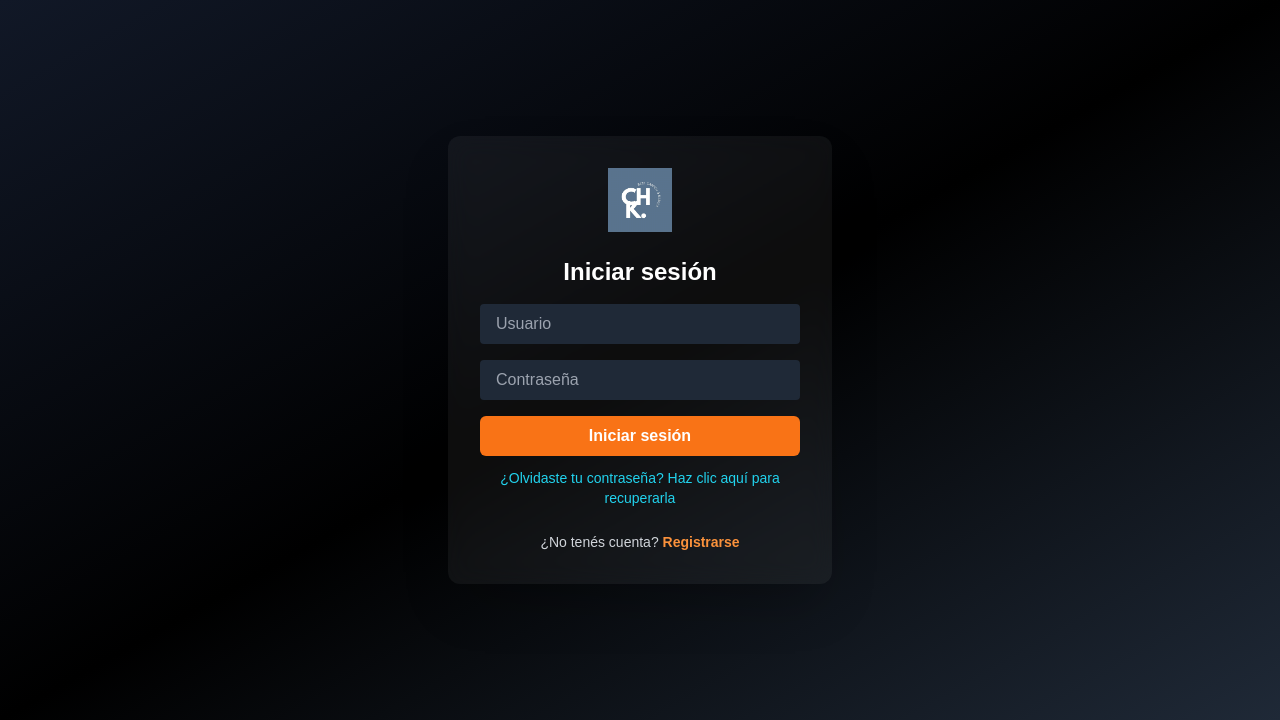
Repository: francoluca35/comandas
Page: /
An editor plug-in stored every save of this project. The page is shown before and after the next save, followed by the edit.
The browser window is 1280 px wide. The pictures show the whole page.
The project was rebuilt for these pictures with package versions that can differ from the ones it lists, and the page was loaded fresh each time. The framework's server and built-in components were replaced by stand-ins that run in the browser. Also part of the build but not shown: next.config.mjs, app/register/page.jsx.

Above is the page before, as saved 2025-05-17 20:21:34.

### app/layout.js
import "./globals.css";
import { AuthProvider } from "@/context/AuthContext";

export const metadata = {
  title: "Comandas",
  description: "Sistema de pedidos",
};

export default function RootLayout({ children }) {
  return (
    <html lang="es">
      <body>
        <AuthProvider>{children}</AuthProvider>
      </body>
    </html>
  );
}

### app/page.js
import Login from "./login/page";
import RegisterPage from "./register/page";

export default function Home() {
  return (
    <main>
      <Login />
    </main>
  );
}

### app/globals.css
@tailwind base;
@tailwind components;
@tailwind utilities;

:root {
  --background: #ffffff;
  --foreground: #171717;
}

@media (prefers-color-scheme: dark) {
  :root {
    --background: #0a0a0a;
    --foreground: #ededed;
  }
}
@layer utilities {
  .animate-fade-in {
    animation: fadeIn 0.2s ease-in-out;
  }

  @keyframes fadeIn {
    from { opacity: 0; transform: translateY(-4px); }
    to { opacity: 1; transform: translateY(0); }
  }
}



html,
body {
  max-width: 100vw;
  overflow-x: hidden;
}

body {
  color: var(--foreground);
  background: var(--background);
  font-family: Arial, Helvetica, sans-serif;
  -webkit-font-smoothing: antialiased;
  -moz-osx-font-smoothing: grayscale;
}

* {
  box-sizing: border-box;
  padding: 0;
  margin: 0;
}

a {
  color: inherit;
  text-decoration: none;
}

@media (prefers-color-scheme: dark) {
  html {
    color-scheme: dark;
  }
}

### context/AuthContext.js
"use client";
import { createContext, useContext, useEffect, useState } from "react";
import { useRouter } from "next/navigation";

const AuthContext = createContext();

export const AuthProvider = ({ children }) => {
  const router = useRouter();
  const [user, setUser] = useState(null);
  const [loading, setLoading] = useState(true);

  useEffect(() => {
    const storedUser = localStorage.getItem("user");
    if (storedUser && storedUser !== "undefined") {
      setUser(JSON.parse(storedUser));
    }
    setLoading(false);
  }, []);

  const login = (userData) => {
    setUser(userData);
    localStorage.setItem("user", JSON.stringify(userData));
  };

  const logout = () => {
    setUser(null);
    localStorage.removeItem("user");
    router.push("/login");
  };

  return (
    <AuthContext.Provider value={{ user, login, logout, loading }}>
      {children}
    </AuthContext.Provider>
  );
};

export const useAuth = () => useContext(AuthContext);

### app/login/page.jsx
"use client";

import { useState } from "react";
import { useRouter } from "next/navigation";
import { useAuth } from "@/context/AuthContext";
import Image from "next/image";

export default function Login() {
  const router = useRouter();
  const [form, setForm] = useState({ username: "", password: "" });
  const [error, setError] = useState("");
  const { login } = useAuth();

  const handleChange = (e) => {
    setForm({ ...form, [e.target.name]: e.target.value });
  };

  const handleSubmit = async (e) => {
    e.preventDefault();
    setError("");

    const res = await fetch("/api/auth/login", {
      method: "POST",
      headers: { "Content-Type": "application/json" },
      body: JSON.stringify(form),
    });

    const data = await res.json();
    if (!res.ok) {
      setError(data.error || "Error al iniciar sesión");
      return;
    }

    // Guardamos el usuario en el contexto
    login(data.user);

    // Redirigimos según el rol
    const rol = data.user?.rol;

    if (rol === "admin") {
      router.push("/screenhome");
    } else if (rol === "delivery") {
      router.push("/homedelivery");
    } else {
      setError("Rol no autorizado");
    }
  };

  return (
    <div className="min-h-screen flex items-center justify-center bg-gradient-to-br from-gray-900 via-black to-gray-800">
      <div className="w-full max-w-sm bg-white/5 backdrop-blur-md p-8 rounded-xl shadow-2xl">
        <div className="transition-all duration-500 hover:scale-[1.01]">
          {/* LOGO */}
          <div className="flex justify-center mb-6">
            <Image
              src="/Assets/LoginRegister/logo.jpg"
              alt="Logo"
              width={64}
              height={64}
            />
          </div>

          <h2 className="text-white text-2xl font-semibold text-center mb-4">
            Iniciar sesión
          </h2>

          <form onSubmit={handleSubmit} className="space-y-4">
            <input
              type="text"
              name="username"
              placeholder="Usuario"
              onChange={handleChange}
              className="w-full px-4 py-2 rounded bg-gray-800 text-white placeholder-gray-400 focus:outline-none focus:ring-2 focus:ring-orange-500 transition-all duration-300"
              required
            />

            <input
              type="password"
              name="password"
              placeholder="Contraseña"
              onChange={handleChange}
              className="w-full px-4 py-2 rounded bg-gray-800 text-white placeholder-gray-400 focus:outline-none focus:ring-2 focus:ring-orange-500 transition-all duration-300"
              required
            />

            {error && (
              <p className="text-red-400 text-sm text-center animate-pulse">
                {error}
              </p>
            )}

            <button
              type="submit"
              className="w-full bg-orange-500 text-white py-2 rounded-md font-semibold hover:bg-orange-600 transition-all duration-300"
            >
              Iniciar sesión
            </button>
          </form>

          <p className="text-center text-sm mt-3">
            <a
              href="/recuperar"
              className="text-cyan-400 hover:underline hover:text-cyan-300 transition"
            >
              ¿Olvidaste tu contraseña? Haz clic aquí para recuperarla
            </a>
          </p>
          <p className="text-gray-300 text-center text-sm mt-6">
            ¿No tenés cuenta?{" "}
            <a
              href="/register"
              className="text-orange-400 font-semibold hover:underline"
            >
              Registrarse
            </a>
          </p>
        </div>
      </div>
    </div>
  );
}

Loaded but not shown: tailwind.config.js (common file)

After the next save:
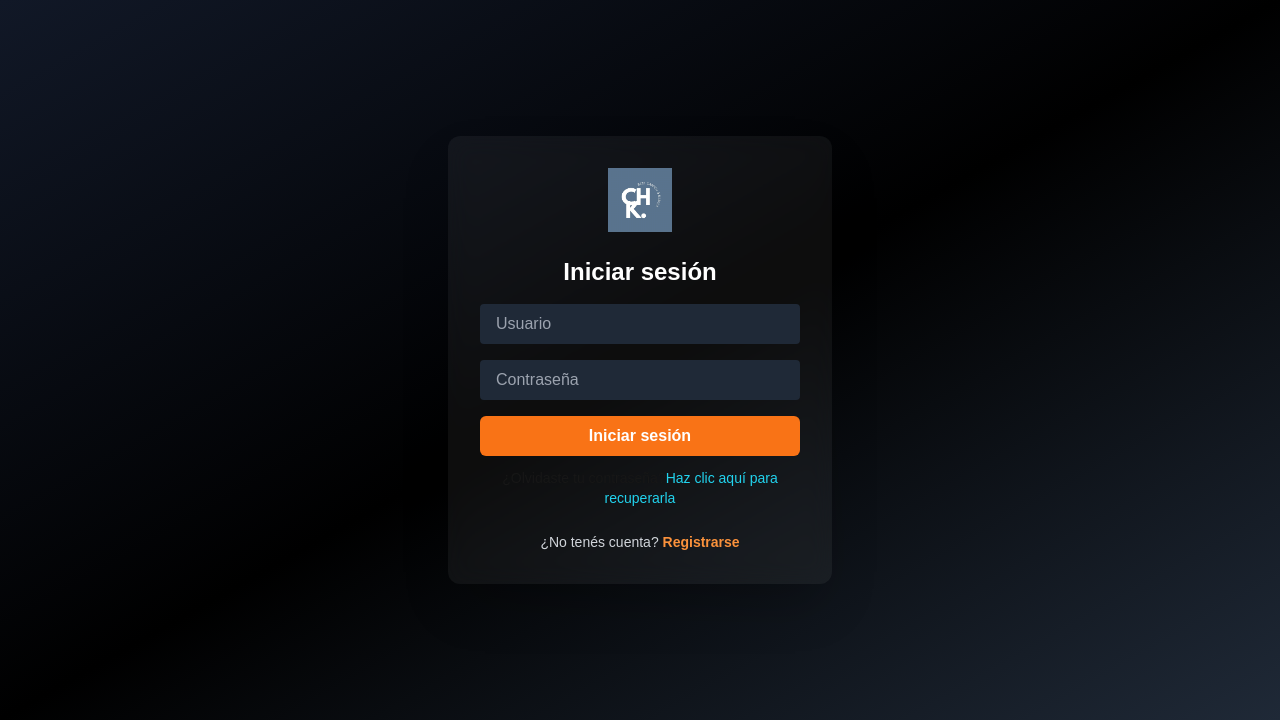
Saved 23 s later.
--- a/app/login/page.jsx
+++ b/app/login/page.jsx
@@ -98,11 +98,13 @@ export default function Login() {
           </form>
 
           <p className="text-center text-sm mt-3">
+            {" "}
+            ¿Olvidaste tu contraseña?
             <a
               href="/recuperar"
               className="text-cyan-400 hover:underline hover:text-cyan-300 transition"
             >
-              ¿Olvidaste tu contraseña? Haz clic aquí para recuperarla
+              Haz clic aquí para recuperarla
             </a>
           </p>
           <p className="text-gray-300 text-center text-sm mt-6">
